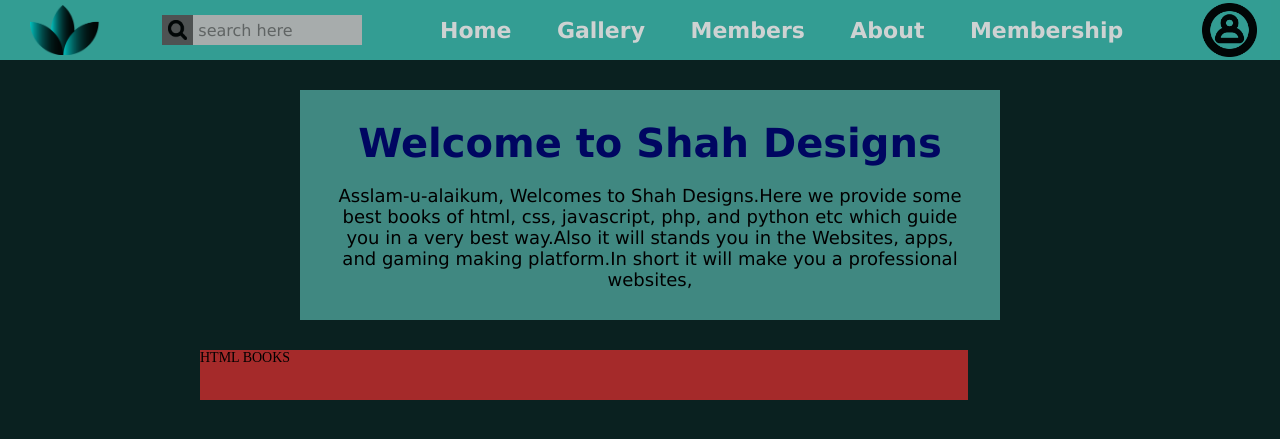
Repository: RawahaMR11/my_assignments
Page: rawaha computer/Shah Designs web/Shah home page.html
An editor plug-in stored every save of this project. The page is shown before and after the next save, followed by the edit.
The browser window is 1280 px wide. The pictures show the whole page.

Above is the page before, as saved 2024-12-13 08:20:46.

### rawaha computer/Shah Designs web/Shah home page.html
<!DOCTYPE html>
<html lang="en">
<head>
      <meta charset="UTF-8">
      <meta name="viewport" content="width=device-width, initial-scale=1.0">
      <title>Shah Designs</title>
      <link rel="stylesheet" href="Shah home page.css">
</head>
<body>
<div class="my-display">
      <header>
            <div class="logo">
                  <img src="logo.png" alt="Shah Designs logo">
            </div><!--end logo-->
            <div class="search">
                  <img src="search.png" alt="Search-icon">
                  <input type="text" placeholder="search here">
            </div><!--end search-->
            <div class="home">
                  <a href="Shah home page.html">Home</a>
            </div><!--end home-->
            <div class="gallery">
                  <a href="#">Gallery</a>
            </div><!--end gallery-->
            <div class="members">
                  <a href="#">Members</a>
            </div><!--end members -->
            <div class="about">
                  <a href="#">About</a>
            </div><!--end about-->
            <div class="membership">
                  <a href="#">Membership</a>
            </div>
            <div class="login">
                  <img src="sign in.png" alt="Login">
            </div><!--end login-->
      </header>


      <div class="wrapper">
            <div id="welcome">
                  <h1>Welcome to Shah Designs</h1><br>
                  <p>Asslam-u-alaikum, Welcomes to Shah Designs.Here we provide some best books of html, css, javascript, php, and python etc which guide you in a very best way.Also it will stands you in the Websites, apps, and gaming making platform.In short it will make you a professional websites, </p>
            </div><!--end welcome-->
      </div><!--end wrapper-->


      <div class="html-books">
            <p>HTML BOOKS</p>
      </div>
</div>
</body>
</html>

### rawaha computer/Shah Designs web/Shah home page.css
* {
      margin: 0;
      padding: 0;
}
body {
      display: block;
      font-size: 14px;
      background-color: rgb(10, 33, 32);
}
.my-display {
      width: 80%;
      margin: 0 auto;
      height: 100%;
      width: 100%;
}
/* css for opening my page on tablets (screens with width <=768px) */
@media screen and (max-width: 768px) {
      body {
            font-size: 16px;
      }
      .my-display {
            width: 100%;
      }
}
/* css for opening my page on laptops,pcs etc (screens with width <=1080px) */
@media screen and (max-width: 1080px) {
      body {
            font-size: 14px;
      }
      .my-display {
            width: 100%;
      }
}
/* css for opening my page on phones (screens with width <=480px) */
@media screen and (max-width: 480px) {
      body {
            font-size: 10px;
      }
      .my-display {
            width: 100%;
      }
}
header {
      width: 100%;
      height: 60px;
      display: flex;
      align-items: center;
      background-color: rgb(62, 188, 176);
      opacity: 80%;
      gap: 31.5px;
}
.logo {
      height: 83%;
      width: 70px;
      margin: 0 30px 0;
}
.logo img {
      height: 100%;
      width: 100%;
}
.search {
      width: 200px;
      height: 30px;
      background-color: rgb(95, 95, 95);
      display: flex;
      align-items: center;
      justify-content: space-evenly;
}
.search img {
      width: 10%;
      height: 65%;
      padding: 6px;
}
.search input {
      width: 90%;
      padding: 5.34px;
      border: none;
      outline: none;
      background-color: rgb(207, 207, 207);
      font-family: Verdana, Geneva, Tahoma, sans-serif;
      font-size: 16px;
}
.home {
      font-family: Verdana, Geneva, Tahoma, sans-serif;
      font-size: 22px;
      margin-left: 40px;
      padding: 7px;
}
.home:hover {
      background-color: rgb(161, 161, 161);
}
.home a {
      text-decoration: none;
      font-weight: 700;
      color: white;
}
.gallery {
      font-family: Verdana, Geneva, Tahoma, sans-serif;
      font-size: 22px;
      padding: 7px;
}
.gallery:hover {
      background-color: rgb(161, 161, 161);
}
.gallery a {
      text-decoration: none;
      font-weight: 700;
      color: white;
}
.members {
      font-family: Verdana, Geneva, Tahoma, sans-serif;
      font-size: 22px;
      padding: 7px;
}
.members:hover {
      background-color: rgb(161, 161, 161);
}
.members a {
      text-decoration: none;
      font-weight: 700;
      color: white;
}
.about {
      font-family: Verdana, Geneva, Tahoma, sans-serif;
      font-size: 22px;
      padding: 7px;
}
.about:hover {
      background-color: rgb(161, 161, 161);
}
.about a {
      text-decoration: none;
      font-weight: 700;
      color: white;
}
.membership {
      font-family: Verdana, Geneva, Tahoma, sans-serif;
      font-size: 22px;
      padding: 7px;
}
.membership:hover {
      background-color: rgb(161, 161, 161);
}
.membership a {
      text-decoration: none;
      font-weight: 700;
      color: white;
}
.login {
      height: 90%;
      width: 55px;
      float: right;
      margin-left: 40px;
}
.login img {
      height: 100%;
      width: 100%;
      cursor: pointer;
}
.wrapper {
      width: 50%;
      height: auto;
      display: flex;
      align-items: center;
      justify-content: center;
      margin-top: 30px;
      background-color: rgb(64, 136, 129);
      padding: 30px;
      margin-left: 300px;
}
#welcome {
      width: 100%;
      font-family: Verdana, Geneva, Tahoma, sans-serif;
      font-size: 16px;
}
#welcome h1 {
      text-align: center;
      color: rgb(0, 6, 97);
      font-size: 40px;
}
#welcome p {
      text-align: center;
      font-size: 18px;
      font-family: Verdana, Geneva, Tahoma, sans-serif;
}
.html-books {
      height: 50px;
      width: 60%;
      background-color: brown;
      margin: 30px 200px 0;
}

After the next save:
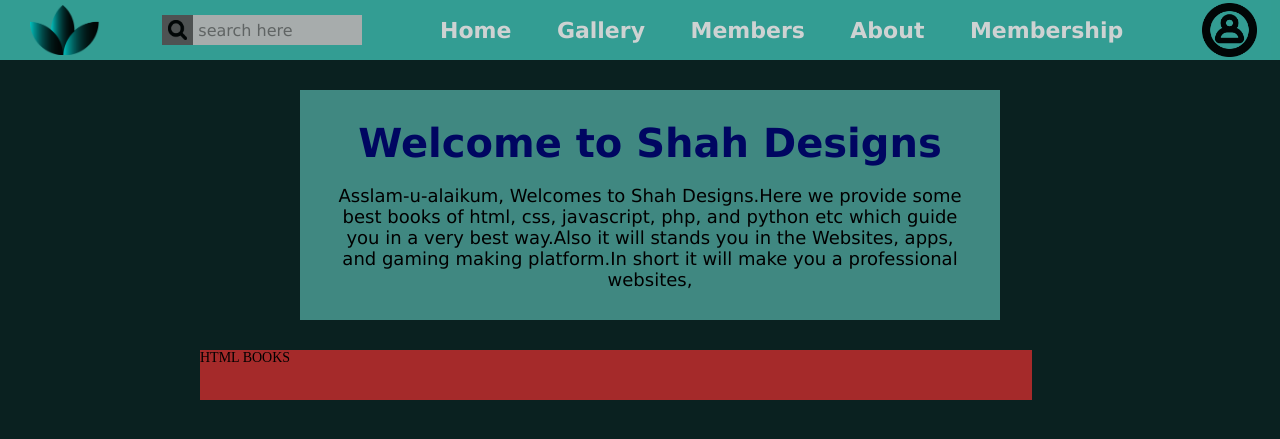
Saved 12 s later.
--- a/rawaha computer/Shah Designs web/Shah home page.css
+++ b/rawaha computer/Shah Designs web/Shah home page.css
@@ -185,7 +185,7 @@ header {
 }
 .html-books {
       height: 50px;
-      width: 60%;
+      width: 65%;
       background-color: brown;
       margin: 30px 200px 0;
 }
